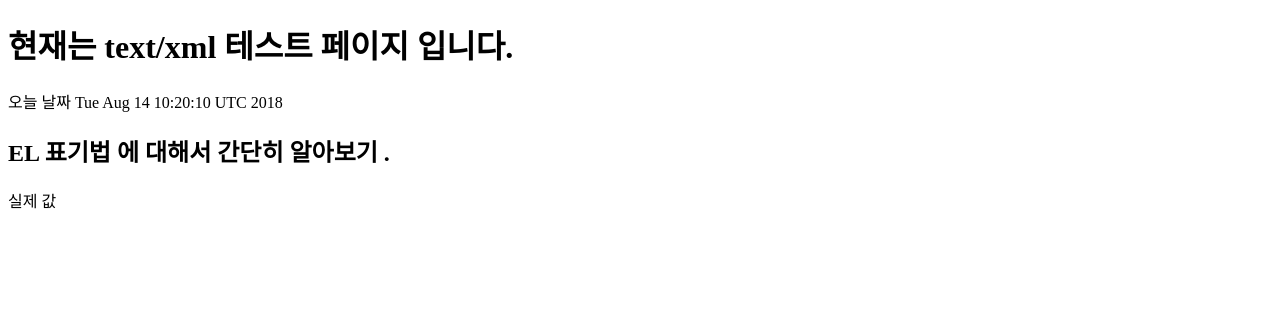
Repository: hodob/JSP_Practice
Page: http://localhost/JSP_WebMarket_JJH/ch03_ex/text.jsp
These files come from the project's save history. The page is drawn as it stood at one moment and after the next save; the edit follows.
The browser window is 1280 px wide. The pictures show the whole page.
The page is served by Tomcat 9.

Above is the page before, as saved 2022-08-08 02:50:32.

After the next save:
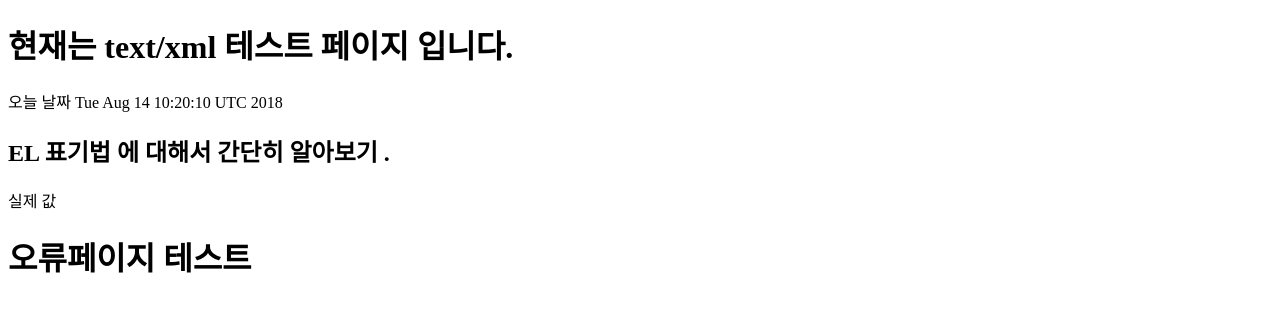
Saved 24 min 43 s later.
--- a/JSP_WebMarket_JJH/WebContent/ch03_ex/text.jsp
+++ b/JSP_WebMarket_JJH/WebContent/ch03_ex/text.jsp
@@ -25,7 +25,7 @@
 	request.setAttribute("key3", "실제 값");
 	%>
 	${requestScope.key3}
-
+	<%@  include file ="myError.jsp"  %>
 
 </body>
 </html>
